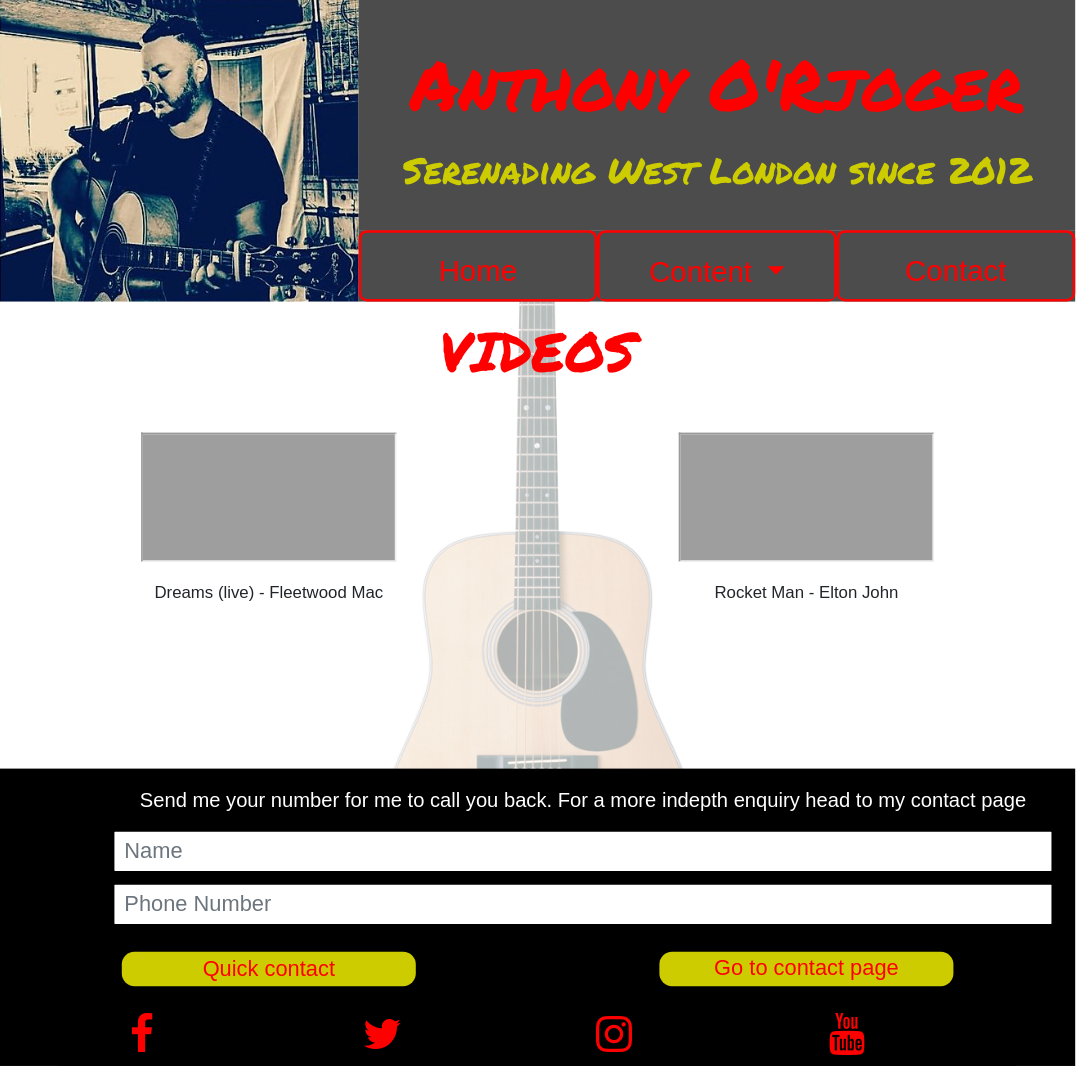
Repository: SimonGeorgeNZ/milestone_1
Page: videos.html
The author's editor kept a record of every edit. The page is drawn from the files as they stood at one moment, then again after the next edit.
The browser window is 1280 px wide. The page is 1295 px wide, so the pictures cover 1295 px, including what lies to the right of the window. The pictures show the whole page, at 84% of full size.
Pictures or frames that could not be fetched are drawn as grey boxes. Some web fonts or font styles are not loaded; a fallback is used. Some web libraries are served in a nearby version.

Above is the page before.

After the next edit:
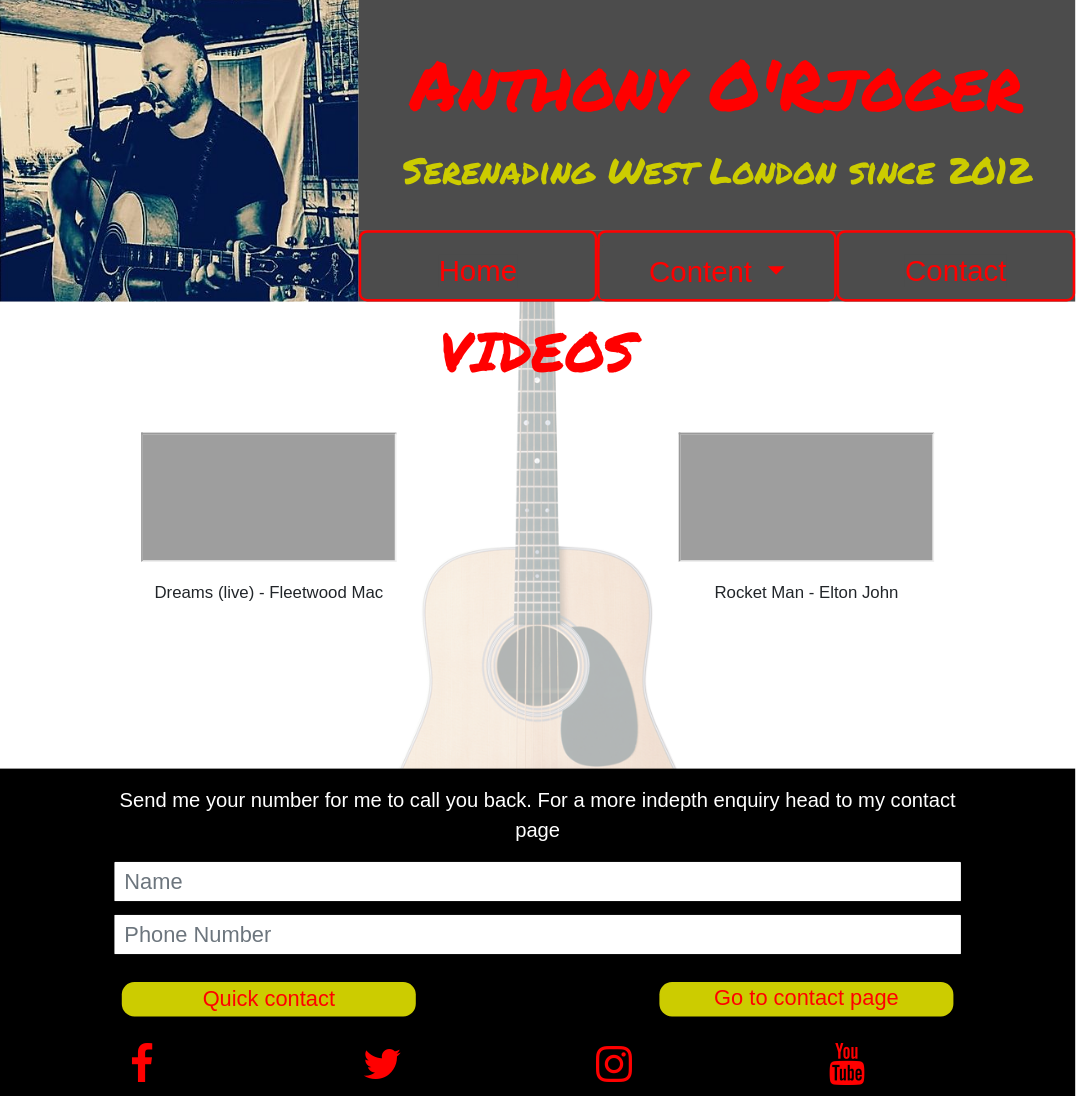
The edit:
--- a/videos.html
+++ b/videos.html
@@ -69,13 +69,22 @@
         <div class="row">
             <div class="col">
                 <form class="contact">
-                    <div class="row no-gutters form">
-                        <div class="col-12 contact">
-                            <div class="quickcontact" id="quickcontact">
+                    <div class="row no-gutters form" id="quickcontact">
+                        <div class="col contact d-none d-md-block">
+                            <div class="quickcontact">
                                 <p>Send me your number for me to call you back. For a more indepth enquiry head to my contact page</p>
                             </div>
                             <input type="text" id="fullname" class="form-control" placeholder="Name" required />
                             <input type="text" id="phonenumber" class="form-control" placeholder="Phone Number" required />
+                        </div>
+                        <div class="row contactmobile d-md-none contact">
+                            <div class="col-12">
+                                <input type="text" id="fullname" class="form-control" placeholder="Name" name="name" required/>
+                                <input type="email" id="emailaddress" class="form-control" placeholder="Email" name="email" required/>
+                            </div>
+                            <div class="col-12">
+                                <textarea rows="5" name="projectsummary" id="projectsummary" class="form-control" placeholder="Whats the gig?" required/></textarea>
+                            </div>
                         </div>
                     </div>
                 </form>
@@ -83,7 +92,7 @@
         </div>
         <div class="row">
             <input class="submit" type="submit" value="Quick contact" data-toggle="modal" data-target="#thanks" />
-            <a href="contact.html" class="contactlink"><i aria-hidden="true"></i><span>Go to contact page</span></a>
+            <a href="contact.html" class="contactlink d-none d-md-block"><i aria-hidden="true"></i><span>Go to contact page</span></a>
         </div>
         <div class="container social-links-top">
             <div class="row no-gutters">
